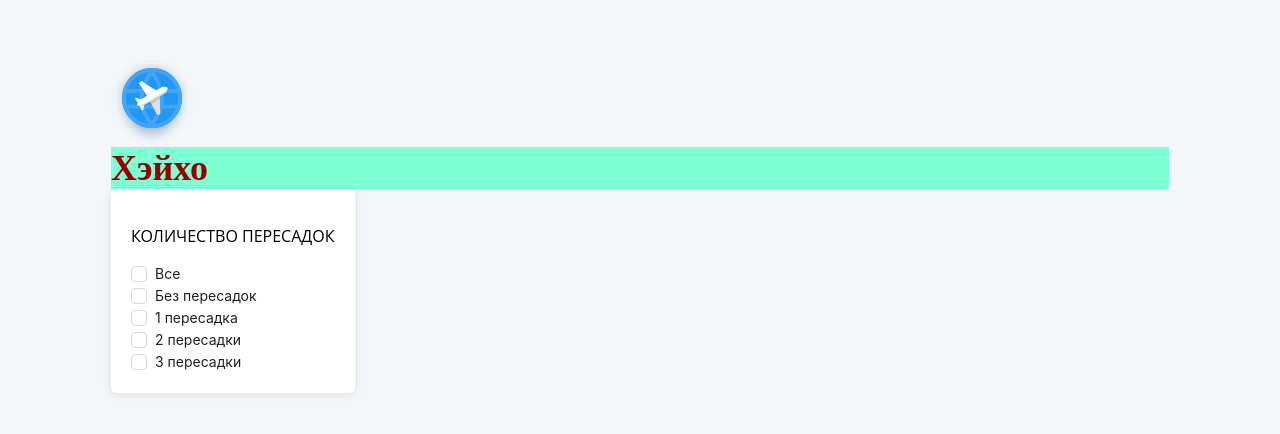
Repository: Dedoxa/aviasalesTickets
Page: /
These files come from the project's save history. The page is drawn as it stood at one moment and after the next save; the edit follows.
The browser window is 1280 px wide. The pictures show the whole page.
The project was rebuilt for these pictures with package versions that can differ from the ones it lists, and the page was loaded fresh each time. Also part of the build but not shown: vite.config.js.

Above is the page before, as saved 2024-10-19 15:49:33.

After the next save:
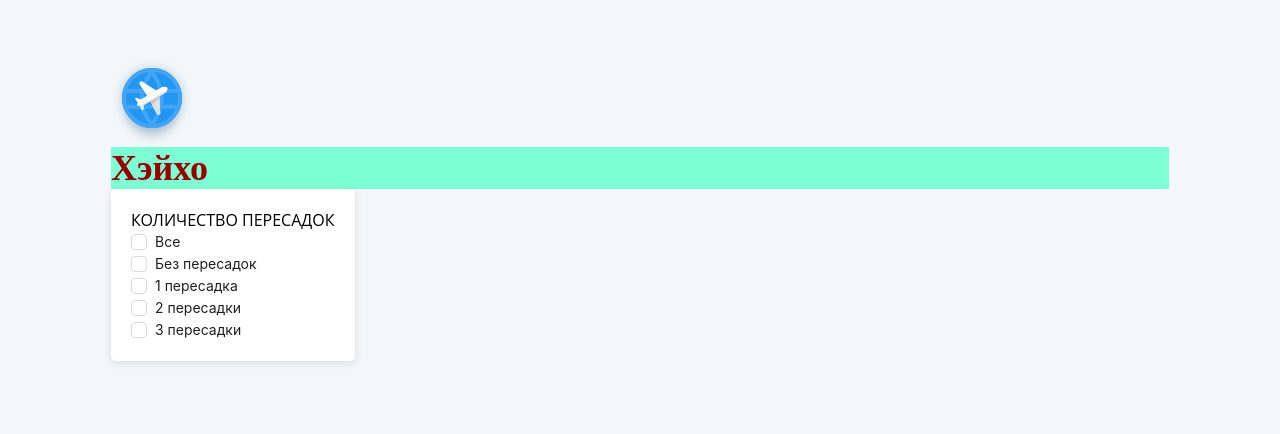
Saved 28 s later.
--- a/src/TransferFilters/TransferFilters.jsx
+++ b/src/TransferFilters/TransferFilters.jsx
@@ -1,4 +1,3 @@
-import React from 'react';
 import { Checkbox } from 'antd';
 
 import { contentBox } from '../App.module.scss';
@@ -8,7 +7,7 @@ import classes from './TransferFilters.module.scss';
 const TransferFilters = () => {
   return (
     <div className={contentBox}>
-      <p>КОЛИЧЕСТВО ПЕРЕСАДОК</p>
+      <span>КОЛИЧЕСТВО ПЕРЕСАДОК</span>
       <div className={classes.checkboxContainer}>
         <Checkbox>Все</Checkbox>
         <Checkbox>Без пересадок</Checkbox>
